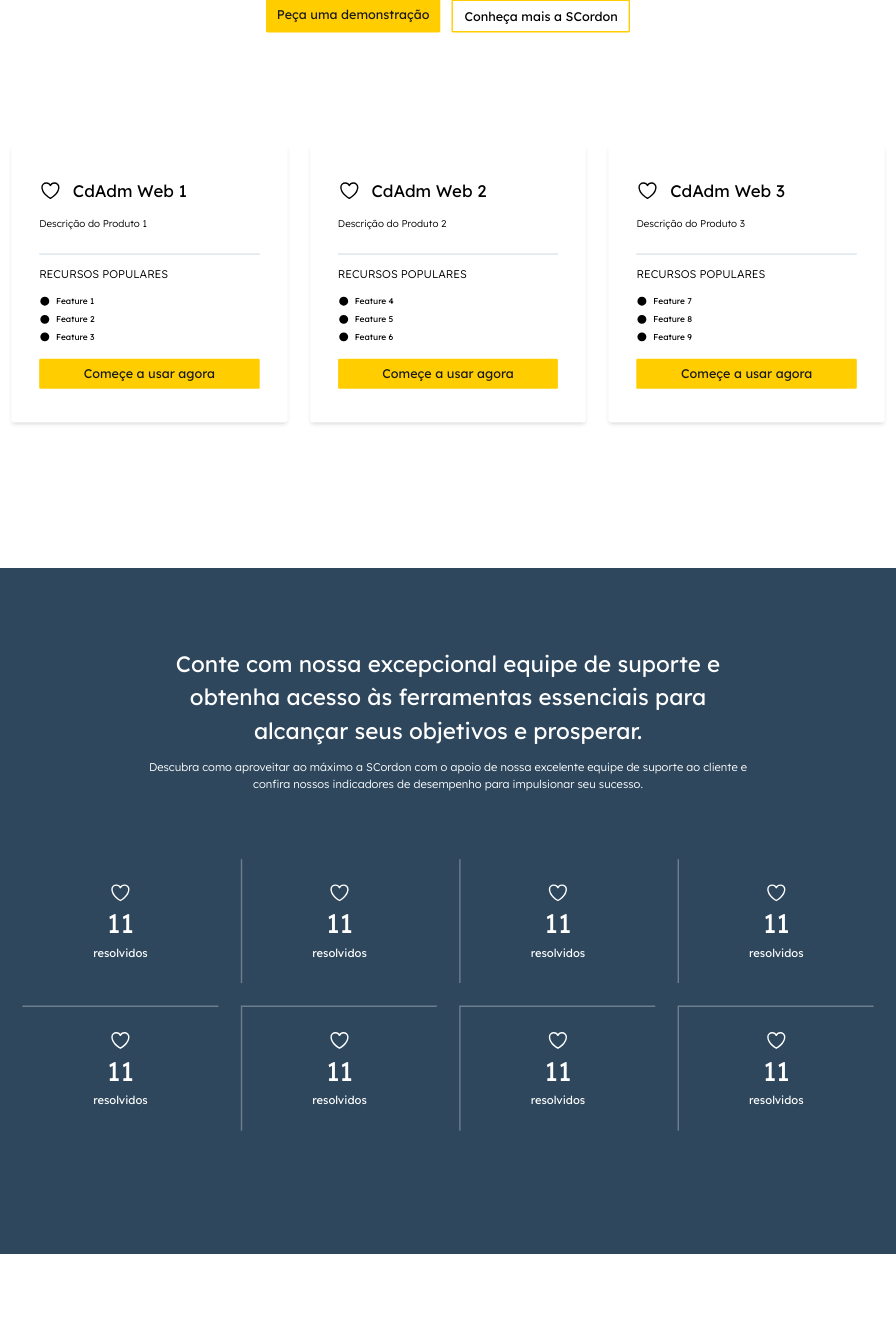
Repository: VereAbsolutum/site-institucional
Page: /
The author's editor kept a copy of each file at every save. The page is drawn from the files as they stood at one save, then again after the next save.
The browser window is 1280 px wide. The pictures show the part of the page from y = 888 to 2808 px (the page is 2808 px tall), at 70% of full size.
The project was rebuilt for these pictures with package versions that can differ from the ones it lists, and the page was loaded fresh each time. Also part of the build but not shown: vite.config.ts, src/presentation/components/buttons/button-base.tsx, src/presentation/components/buttons/button-border-primary.tsx, src/presentation/components/buttons/button-primary.tsx, src/presentation/components/links/link-border-white.tsx, src/presentation/components/typography/heading3.tsx, src/presentation/pages/not-found/notFound.tsx.

Above is the page before, as saved 2023-04-15 23:46:05.

After the next save:
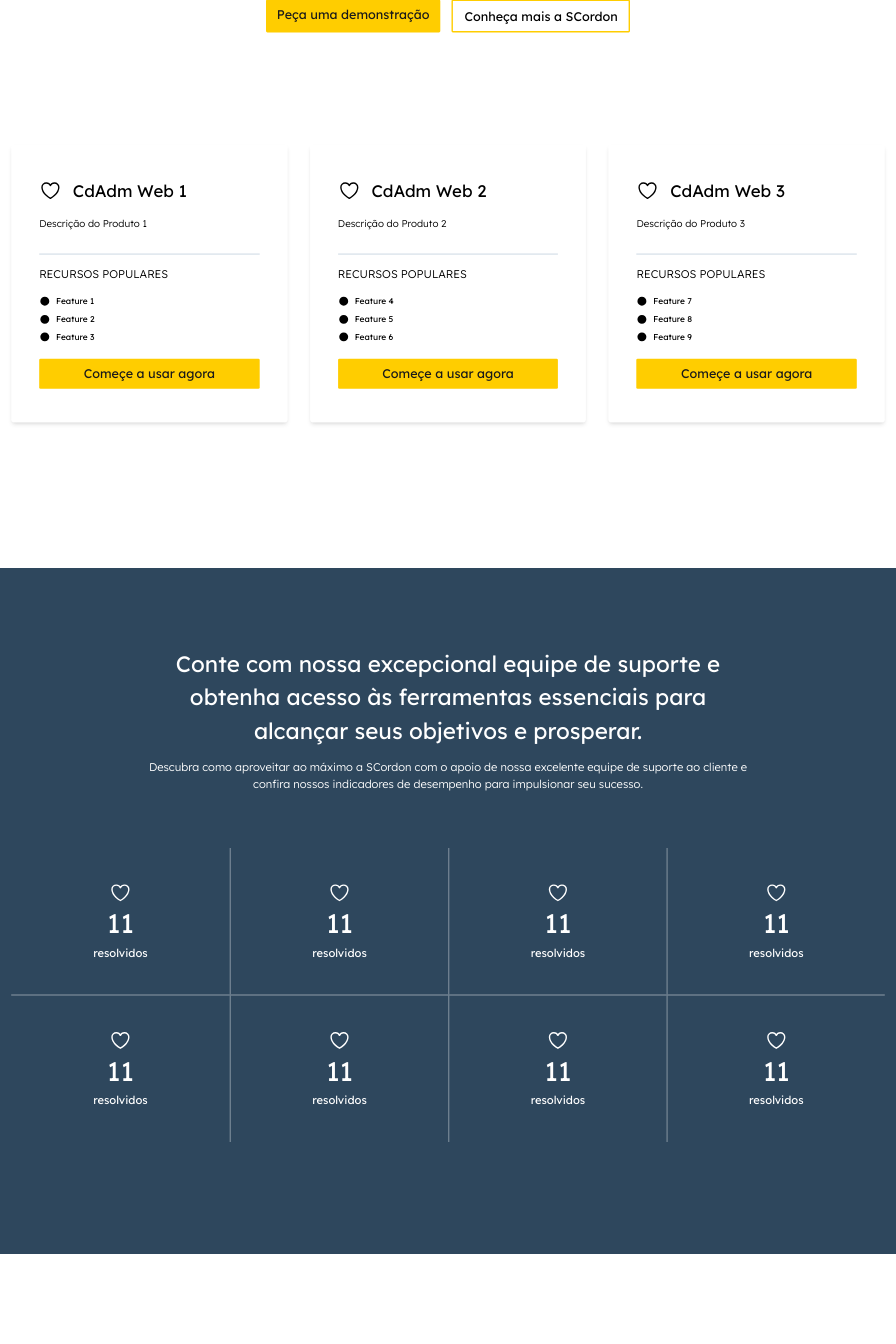
Saved 5 s later.
--- a/src/presentation/pages/home/home.tsx
+++ b/src/presentation/pages/home/home.tsx
@@ -96,7 +96,7 @@ const home: React.FC = () => {
                         </div>
                         <div className="grid grid-cols-2 md:grid-cols-4 gap-0 mb-12">
                             {Array.from({ length: 8 }, (_, i) => (
-                                <GridItem index={i} key={i} className='text-white p-8 m-4' />
+                                <GridItem index={i} key={i} className='text-white p-12' />
                             ))}
                         </div>
                     </div>
